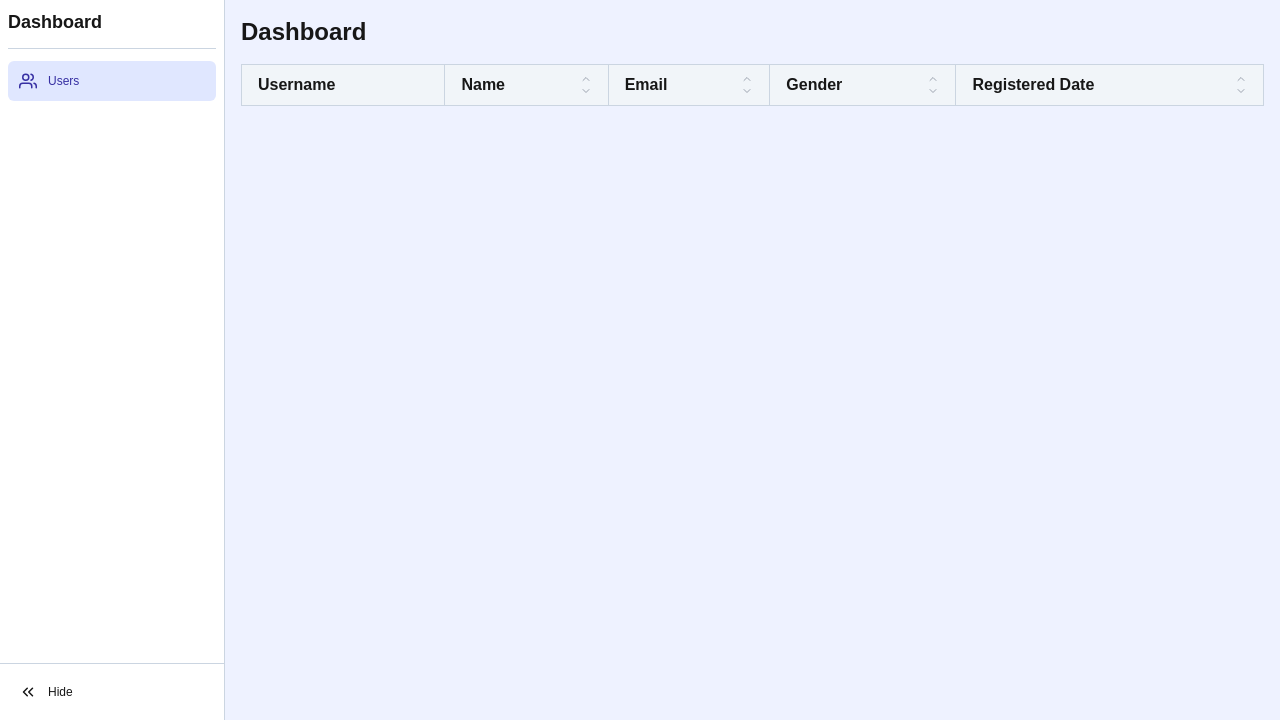
Repository: Ademaulana100499/userdashboard
Page: /
An editor plug-in stored every save of this project. The page is shown before and after the next save, followed by the edit.
The browser window is 1280 px wide. The pictures show the whole page.
The page's requests for data from a server got no answer. The project was rebuilt for these pictures with package versions that can differ from the ones it lists, and the page was loaded fresh each time. The framework's server and built-in components were replaced by stand-ins that run in the browser. No one was signed in, and anything a server would have sent is missing. Also part of the build but not shown: next.config.mjs.

Above is the page before, as saved 2025-02-14 19:45:14.

After the next save:
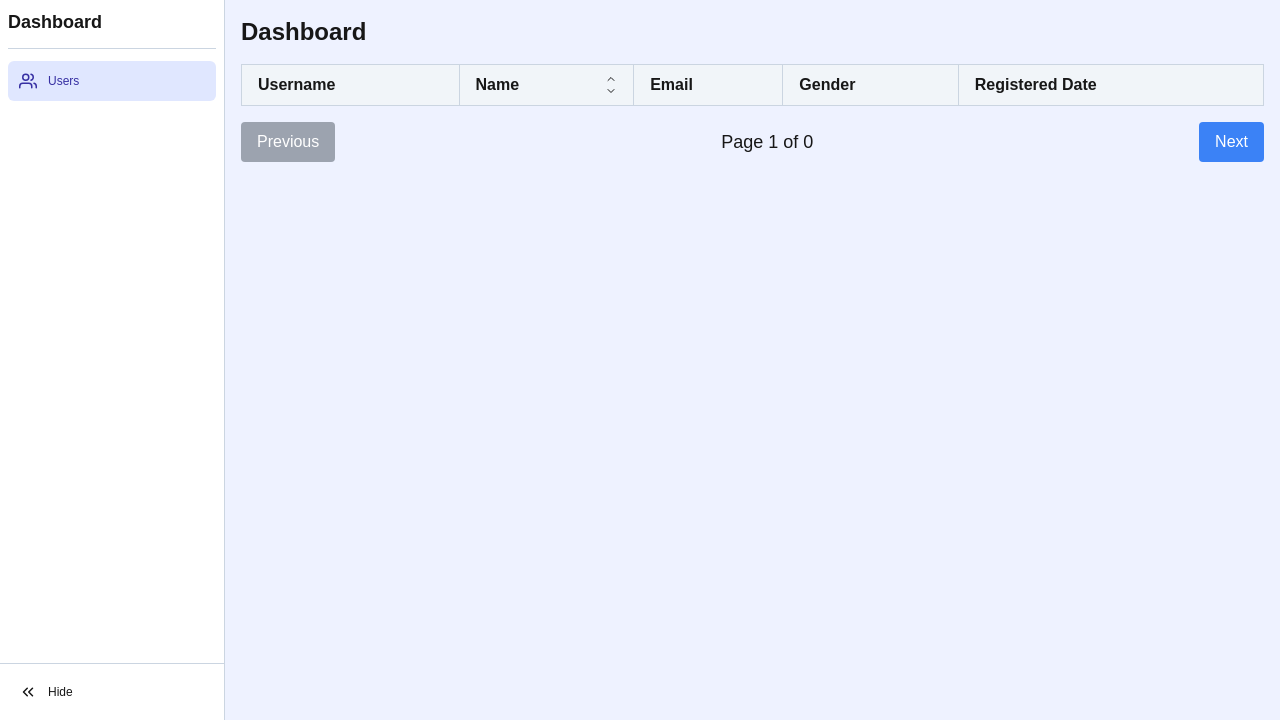
Saved 5 min 28 s later.
--- a/src/components/DashboardContent.jsx
+++ b/src/components/DashboardContent.jsx
@@ -4,6 +4,8 @@
 const DashboardContent = () => {
   const [data, setData] = useState([]);
   const [sortConfig, setSortConfig] = useState({ key: null, direction: null });
+  const [currentPage, setCurrentPage] = useState(1);
+  const itemsPerPage = 5;
 
   const fetchData = async () => {
     try {
@@ -40,17 +42,19 @@
     );
   };
 
-  // Fungsi untuk mengambil nilai dari objek bersarang
   const getNestedValue = (obj, path) => {
     return path
       .split(".")
       .reduce((acc, key) => (acc && acc[key] ? acc[key] : ""), obj);
   };
 
-  const getSortIconStyle = (key, direction) => {
-    if (sortConfig.key !== key) return "text-gray-400";
-    return direction === sortConfig.direction ? "text-black" : "text-gray-400";
-  };
+  // Menghitung data yang akan ditampilkan di halaman saat ini
+  const indexOfLastItem = currentPage * itemsPerPage;
+  const indexOfFirstItem = indexOfLastItem - itemsPerPage;
+  const currentData = data.slice(indexOfFirstItem, indexOfLastItem);
+
+  // Menghitung jumlah halaman
+  const totalPages = Math.ceil(data.length / itemsPerPage);
 
   return (
     <div className="flex-1 p-4">
@@ -67,94 +71,34 @@
                 <div className="flex flex-col items-center">
                   <FiChevronUp
                     onClick={() => handleSort("name.first")}
-                    className={`text-xs cursor-pointer ${getSortIconStyle(
-                      "name.first",
-                      "asc"
-                    )}`}
+                    className="text-xs cursor-pointer"
                   />
                   <FiChevronDown
                     onClick={() => handleSort("name.first")}
-                    className={`text-xs cursor-pointer ${getSortIconStyle(
-                      "name.first",
-                      "desc"
-                    )}`}
+                    className="text-xs cursor-pointer"
                   />
                 </div>
               </div>
             </th>
             <th className="border border-slate-300 px-4 py-2 text-left">
-              <div className="flex justify-between items-center">
-                <span>Email</span>
-                <div className="flex flex-col items-center">
-                  <FiChevronUp
-                    onClick={() => handleSort("email")}
-                    className={`text-xs cursor-pointer ${getSortIconStyle(
-                      "email",
-                      "asc"
-                    )}`}
-                  />
-                  <FiChevronDown
-                    onClick={() => handleSort("email")}
-                    className={`text-xs cursor-pointer ${getSortIconStyle(
-                      "email",
-                      "desc"
-                    )}`}
-                  />
-                </div>
-              </div>
+              Email
             </th>
             <th className="border border-slate-300 px-4 py-2 text-left">
-              <div className="flex justify-between items-center">
-                <span>Gender</span>
-                <div className="flex flex-col items-center">
-                  <FiChevronUp
-                    onClick={() => handleSort("gender")}
-                    className={`text-xs cursor-pointer ${getSortIconStyle(
-                      "gender",
-                      "asc"
-                    )}`}
-                  />
-                  <FiChevronDown
-                    onClick={() => handleSort("gender")}
-                    className={`text-xs cursor-pointer ${getSortIconStyle(
-                      "gender",
-                      "desc"
-                    )}`}
-                  />
-                </div>
-              </div>
+              Gender
             </th>
             <th className="border border-slate-300 px-4 py-2 text-left">
-              <div className="flex justify-between items-center">
-                <span>Registered Date</span>
-                <div className="flex flex-col items-center">
-                  <FiChevronUp
-                    onClick={() => handleSort("registered.date")}
-                    className={`text-xs cursor-pointer ${getSortIconStyle(
-                      "registered.date",
-                      "asc"
-                    )}`}
-                  />
-                  <FiChevronDown
-                    onClick={() => handleSort("registered.date")}
-                    className={`text-xs cursor-pointer ${getSortIconStyle(
-                      "registered.date",
-                      "desc"
-                    )}`}
-                  />
-                </div>
-              </div>
+              Registered Date
             </th>
           </tr>
         </thead>
         <tbody>
-          {data.map((user, index) => (
+          {currentData.map((user, index) => (
             <tr key={index} className="hover:bg-slate-50">
               <td className="border border-slate-300 px-4 py-2">
                 {user.login.username}
               </td>
               <td className="border border-slate-300 px-4 py-2">
-                {user.name.title} {user.name.first} {user.name.last}
+                {user.name.first} {user.name.last}
               </td>
               <td className="border border-slate-300 px-4 py-2">
                 {user.email}
@@ -163,23 +107,33 @@
                 {user.gender}
               </td>
               <td className="border border-slate-300 px-4 py-2">
-                {new Date(user.registered.date)
-                  .toLocaleString("id-ID", {
-                    day: "2-digit",
-                    month: "2-digit",
-                    year: "numeric",
-                    hour: "2-digit",
-                    minute: "2-digit",
-                  })
-                  .replace(",", "")
-                  .replace("/", "-")
-                  .replace("/", "-")
-                  .replace(".", ":")}
+                {new Date(user.registered.date).toLocaleDateString("id-ID")}
               </td>
             </tr>
           ))}
         </tbody>
       </table>
+
+      {/* Pagination */}
+      <div className="flex justify-between items-center mt-4">
+        <button
+          onClick={() => setCurrentPage((prev) => Math.max(prev - 1, 1))}
+          disabled={currentPage === 1}
+          className="px-4 py-2 bg-blue-500 text-white rounded disabled:bg-gray-400">
+          Previous
+        </button>
+        <span className="text-lg">
+          Page {currentPage} of {totalPages}
+        </span>
+        <button
+          onClick={() =>
+            setCurrentPage((prev) => Math.min(prev + 1, totalPages))
+          }
+          disabled={currentPage === totalPages}
+          className="px-4 py-2 bg-blue-500 text-white rounded disabled:bg-gray-400">
+          Next
+        </button>
+      </div>
     </div>
   );
 };

After the save that followed:
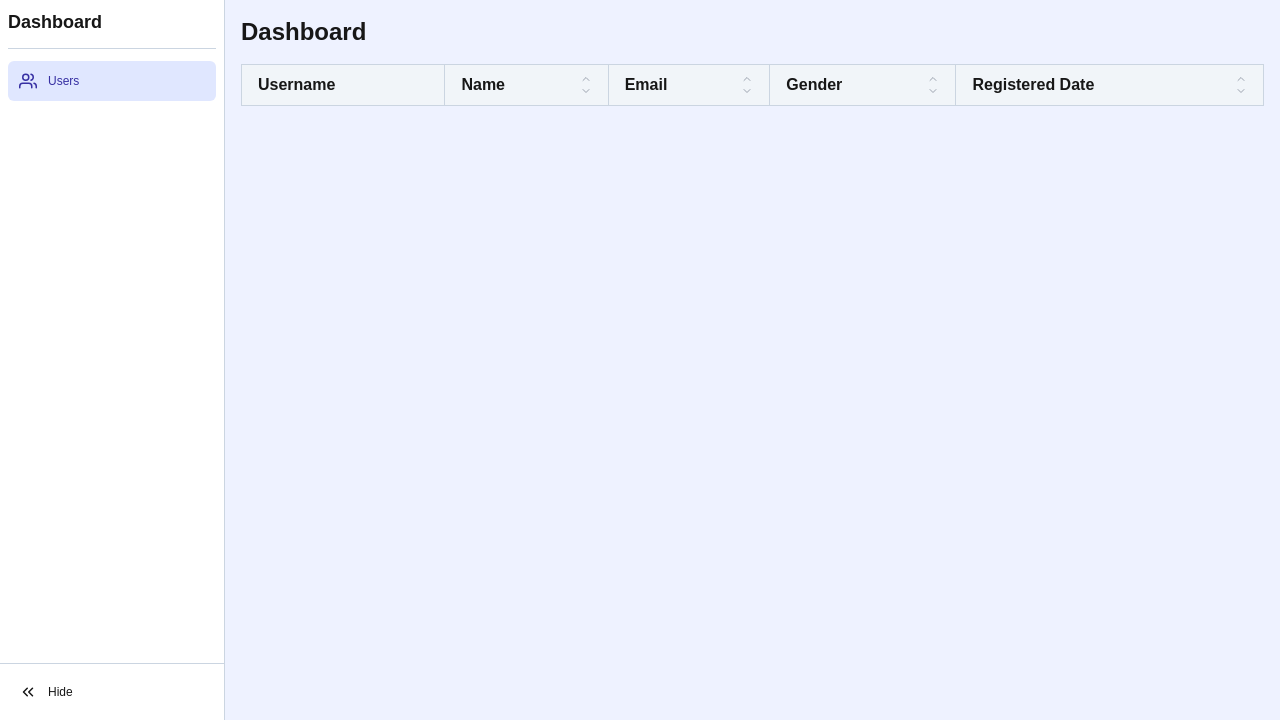
Saved 55 s later.
--- a/src/components/DashboardContent.jsx
+++ b/src/components/DashboardContent.jsx
@@ -4,8 +4,6 @@
 const DashboardContent = () => {
   const [data, setData] = useState([]);
   const [sortConfig, setSortConfig] = useState({ key: null, direction: null });
-  const [currentPage, setCurrentPage] = useState(1);
-  const itemsPerPage = 5;
 
   const fetchData = async () => {
     try {
@@ -48,13 +46,10 @@
       .reduce((acc, key) => (acc && acc[key] ? acc[key] : ""), obj);
   };
 
-  // Menghitung data yang akan ditampilkan di halaman saat ini
-  const indexOfLastItem = currentPage * itemsPerPage;
-  const indexOfFirstItem = indexOfLastItem - itemsPerPage;
-  const currentData = data.slice(indexOfFirstItem, indexOfLastItem);
-
-  // Menghitung jumlah halaman
-  const totalPages = Math.ceil(data.length / itemsPerPage);
+  const getSortIconStyle = (key, direction) => {
+    if (sortConfig.key !== key) return "text-gray-400";
+    return direction === sortConfig.direction ? "text-black" : "text-gray-400";
+  };
 
   return (
     <div className="flex-1 p-4">
@@ -71,34 +66,94 @@
                 <div className="flex flex-col items-center">
                   <FiChevronUp
                     onClick={() => handleSort("name.first")}
-                    className="text-xs cursor-pointer"
+                    className={`text-xs cursor-pointer ${getSortIconStyle(
+                      "name.first",
+                      "asc"
+                    )}`}
                   />
                   <FiChevronDown
                     onClick={() => handleSort("name.first")}
-                    className="text-xs cursor-pointer"
+                    className={`text-xs cursor-pointer ${getSortIconStyle(
+                      "name.first",
+                      "desc"
+                    )}`}
                   />
                 </div>
               </div>
             </th>
             <th className="border border-slate-300 px-4 py-2 text-left">
-              Email
+              <div className="flex justify-between items-center">
+                <span>Email</span>
+                <div className="flex flex-col items-center">
+                  <FiChevronUp
+                    onClick={() => handleSort("email")}
+                    className={`text-xs cursor-pointer ${getSortIconStyle(
+                      "email",
+                      "asc"
+                    )}`}
+                  />
+                  <FiChevronDown
+                    onClick={() => handleSort("email")}
+                    className={`text-xs cursor-pointer ${getSortIconStyle(
+                      "email",
+                      "desc"
+                    )}`}
+                  />
+                </div>
+              </div>
             </th>
             <th className="border border-slate-300 px-4 py-2 text-left">
-              Gender
+              <div className="flex justify-between items-center">
+                <span>Gender</span>
+                <div className="flex flex-col items-center">
+                  <FiChevronUp
+                    onClick={() => handleSort("gender")}
+                    className={`text-xs cursor-pointer ${getSortIconStyle(
+                      "gender",
+                      "asc"
+                    )}`}
+                  />
+                  <FiChevronDown
+                    onClick={() => handleSort("gender")}
+                    className={`text-xs cursor-pointer ${getSortIconStyle(
+                      "gender",
+                      "desc"
+                    )}`}
+                  />
+                </div>
+              </div>
             </th>
             <th className="border border-slate-300 px-4 py-2 text-left">
-              Registered Date
+              <div className="flex justify-between items-center">
+                <span>Registered Date</span>
+                <div className="flex flex-col items-center">
+                  <FiChevronUp
+                    onClick={() => handleSort("registered.date")}
+                    className={`text-xs cursor-pointer ${getSortIconStyle(
+                      "registered.date",
+                      "asc"
+                    )}`}
+                  />
+                  <FiChevronDown
+                    onClick={() => handleSort("registered.date")}
+                    className={`text-xs cursor-pointer ${getSortIconStyle(
+                      "registered.date",
+                      "desc"
+                    )}`}
+                  />
+                </div>
+              </div>
             </th>
           </tr>
         </thead>
         <tbody>
-          {currentData.map((user, index) => (
+          {data.map((user, index) => (
             <tr key={index} className="hover:bg-slate-50">
               <td className="border border-slate-300 px-4 py-2">
                 {user.login.username}
               </td>
               <td className="border border-slate-300 px-4 py-2">
-                {user.name.first} {user.name.last}
+                {user.name.title} {user.name.first} {user.name.last}
               </td>
               <td className="border border-slate-300 px-4 py-2">
                 {user.email}
@@ -107,33 +162,23 @@
                 {user.gender}
               </td>
               <td className="border border-slate-300 px-4 py-2">
-                {new Date(user.registered.date).toLocaleDateString("id-ID")}
+                {new Date(user.registered.date)
+                  .toLocaleString("id-ID", {
+                    day: "2-digit",
+                    month: "2-digit",
+                    year: "numeric",
+                    hour: "2-digit",
+                    minute: "2-digit",
+                  })
+                  .replace(",", "")
+                  .replace("/", "-")
+                  .replace("/", "-")
+                  .replace(".", ":")}
               </td>
             </tr>
           ))}
         </tbody>
       </table>
-
-      {/* Pagination */}
-      <div className="flex justify-between items-center mt-4">
-        <button
-          onClick={() => setCurrentPage((prev) => Math.max(prev - 1, 1))}
-          disabled={currentPage === 1}
-          className="px-4 py-2 bg-blue-500 text-white rounded disabled:bg-gray-400">
-          Previous
-        </button>
-        <span className="text-lg">
-          Page {currentPage} of {totalPages}
-        </span>
-        <button
-          onClick={() =>
-            setCurrentPage((prev) => Math.min(prev + 1, totalPages))
-          }
-          disabled={currentPage === totalPages}
-          className="px-4 py-2 bg-blue-500 text-white rounded disabled:bg-gray-400">
-          Next
-        </button>
-      </div>
     </div>
   );
 };
